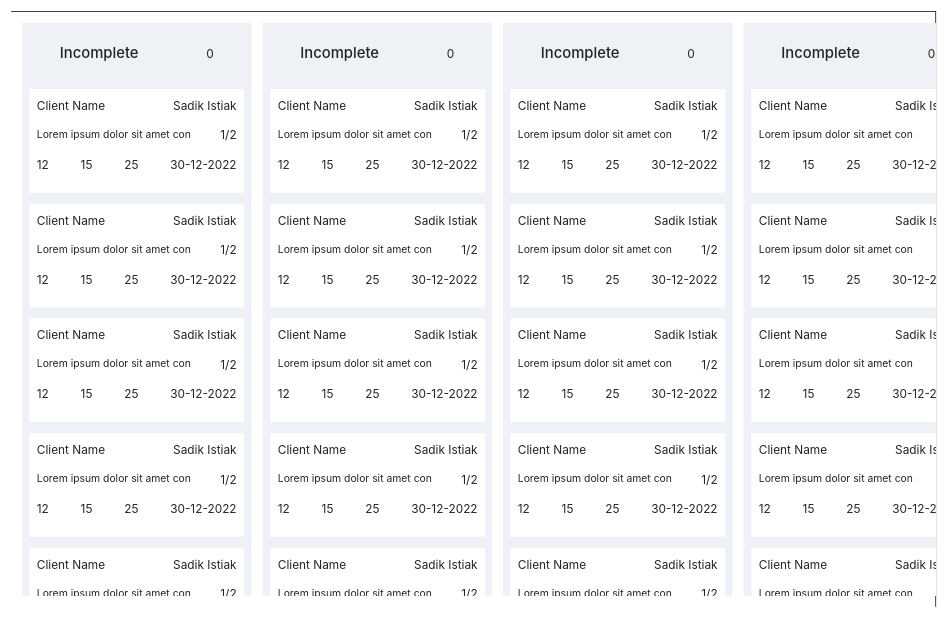
Repository: Sharif-00112/dashboard-task-frontend
Page: /
The author's editor kept a copy of each file at every save. The page is drawn from the files as they stood at one save, then again after the next save.
The browser window is 1280 px wide. The pictures show the whole page, at 74% of full size.
The project was rebuilt for these pictures with package versions that can differ from the ones it lists, and the page was loaded fresh each time.

Above is the page before, as saved 2023-01-28 21:19:56.

After the next save:
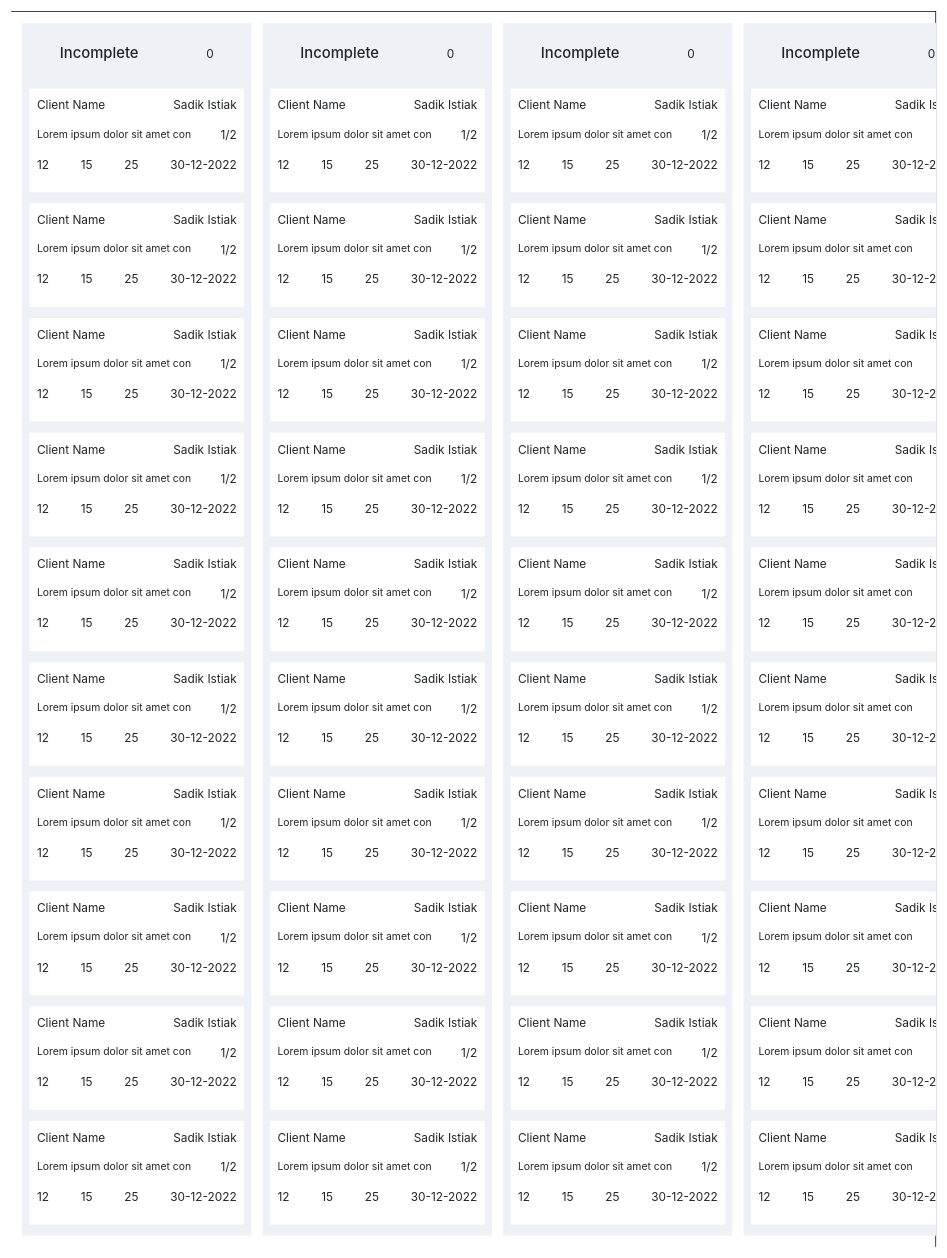
Saved 49 s later.
--- a/src/Components/styles.css
+++ b/src/Components/styles.css
@@ -4,7 +4,7 @@
 
 .section-container{
     width: 310px;
-    height: 700px;
+    height: auto;
 }
 
 .task-part{
